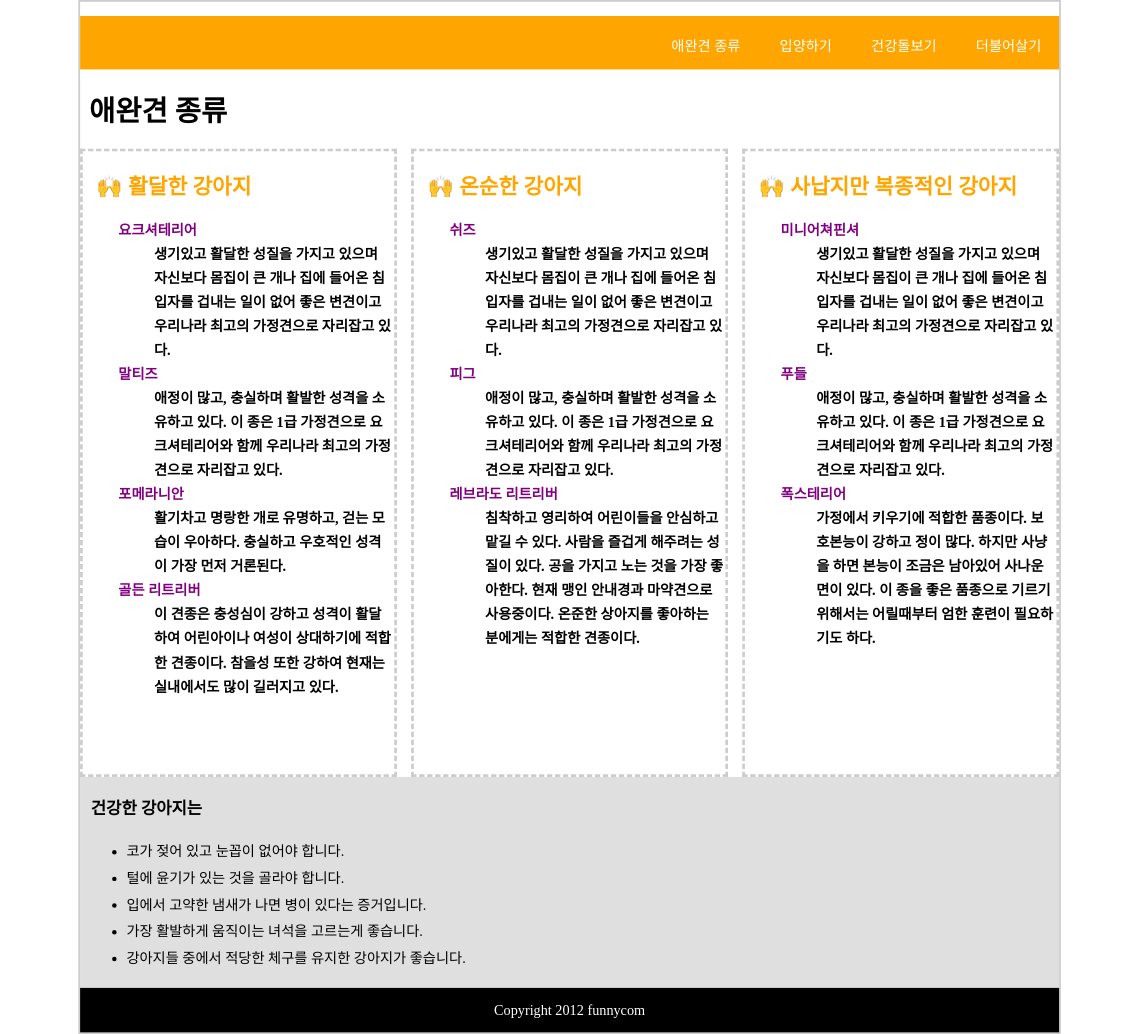
Repository: b1996om/HTML-CSS_study
Page: pro07/public/dog.html
An editor plug-in stored every save of this project. The page is shown before and after the next save, followed by the edit.
The browser window is 1280 px wide. The pictures show the whole page, at 89% of full size.

Above is the page before, as saved 2022-12-08 00:03:34.

### pro07/public/dog.html
<!DOCTYPE html>
<html lang="ko">
<head>
	<meta charset="utf-8">
	<title>HTML 레이아웃</title>
	<style>
		body {
			margin:0;
			padding:0;
			box-sizing:border-box;
		}
		#wrapper {
			width:1100px;
			margin:0 auto;
			border:2px solid #ccc;
		}
		nav {
			width:100%;
			height:60px;
			background-color:orange;
			text-align:end;
			margin:0 auto;
			position:relative;
		}
		nav ul {
			list-style-type:none;
		}
		nav ul li{
			display:inline-block;
			margin:20px;
		}
		nav ul li a {
			text-decoration:none;
			color:white;
		}
		section ul li {
			list-style:none;
			line-height:27px;
		}
		.dogname {
			color:purple;
			font-weight:bold;
		}
		.dogcon {
			color:black;
		}
		.multi {
			column-count:3;
		}
		.multi h2 {
			break-before:column;
			padding-left:15px;
			color:orange;
		}
		section {
			border:3px dashed #ccc;
			height:700px;
		}
		.aside {
			border:2px solid #dfdfdf;
			background-color:#dfdfdf;
			line-height:30px;
			padding-left:10px;
		}
		.footer {
			background-color:black;
			color:white;
			text-align:center;
			height:50px;
			line-height:50px;
		}
		h1 {
			padding-left:10px;
		}
	</style>
</head>
<body>
 <div id="wrapper">
	<header>
		<nav>
			<ul>
				<li><a href="#">애완견 종류</a></li>
				<li><a href="#">입양하기</a></li>
				<li><a href="#">건강돌보기</a></li>
				<li><a href="#">더불어살기</a></li>
			</ul>
		</nav>
	</header>
	<h1>애완견 종류</h1>
	<div class="multi">
	<section>
		<h2>&#128588; 활달한 강아지</h2>
		<ul>
			<li class="dogname">요크셔테리어
				<ol class="dogcon">생기있고 활달한 성질을 가지고 있으며 자신보다 몸집이 큰 개나 집에 들어온 침입자를
				겁내는 일이 없어 좋은 변견이고 우리나라 최고의 가정견으로 자리잡고 있다.</ol>
			</li>
			<li class="dogname">말티즈
				<ol class="dogcon">애정이 많고, 충실하며 활발한 성격을 소유하고 있다. 이 종은 1급 가정견으로
				요크셔테리어와 함께 우리나라 최고의 가정견으로 자리잡고 있다. </ol></li>
			<li class="dogname">포메라니안
				<ol class="dogcon">활기차고 명랑한 개로 유명하고, 걷는 모습이 우아하다. 충실하고 우호적인 성격이 가장
				먼저 거론된다.</ol></li>
			<li class="dogname">골든 리트리버
				<ol class="dogcon">이 견종은 충성심이 강하고 성격이 활달하여 어린아이나 여성이 상대하기에 적합한 견종이다.
				참을성 또한 강하여 현재는 실내에서도 많이 길러지고 있다.</ol></li>
		</ul>
	</section>
	<section>
		<h2>&#128588; 온순한 강아지</h2>
		<ul>
			<li class="dogname">쉬즈
				<ol class="dogcon">생기있고 활달한 성질을 가지고 있으며 자신보다 몸집이 큰 개나 집에 들어온 침입자를
				겁내는 일이 없어 좋은 변견이고 우리나라 최고의 가정견으로 자리잡고 있다.</ol>
			</li>
			<li class="dogname">피그
				<ol class="dogcon">애정이 많고, 충실하며 활발한 성격을 소유하고 있다. 이 종은 1급 가정견으로
				요크셔테리어와 함께 우리나라 최고의 가정견으로 자리잡고 있다. </ol></li>
			<li class="dogname">레브라도 리트리버
				<ol class="dogcon">침착하고 영리하여 어린이들을 안심하고 맡길 수 있다.
				사람을 즐겁게 해주려는 성질이 있다. 공을 가지고 노는 것을 가장 좋아한다. 현재 맹인 안내경과
				마약견으로 사용중이다. 온준한 상아지를 좋아하는 분에게는 적합한 견종이다.</ol></li>
		</ul>
	</section>
	<section>
		<h2>&#128588; 사납지만 복종적인 강아지</h2>
		<ul>
			<li class="dogname">미니어쳐핀셔
				<ol class="dogcon">생기있고 활달한 성질을 가지고 있으며 자신보다 몸집이 큰 개나 집에 들어온 침입자를
				겁내는 일이 없어 좋은 변견이고 우리나라 최고의 가정견으로 자리잡고 있다.</ol>
			</li>
			<li class="dogname">푸들
				<ol class="dogcon">애정이 많고, 충실하며 활발한 성격을 소유하고 있다. 이 종은 1급 가정견으로
				요크셔테리어와 함께 우리나라 최고의 가정견으로 자리잡고 있다. </ol></li>
			<li class="dogname">폭스테리어
				<ol class="dogcon">가정에서 키우기에 적합한 품종이다. 보호본능이 강하고 정이 많다. 하지만 사냥을 하면
				본능이 조금은 남아있어 사나운 면이 있다. 이 종을 좋은 품종으로 기르기 위해서는 어릴때부터
				엄한 훈련이 필요하기도 하다.</ol></li>
		</ul>
	</section>
	</div>
	<aside class="aside">
		<h3>건강한 강아지는</h3>
		<ul>
			<li>코가 젖어 있고 눈꼽이 없어야 합니다.</li>
			<li>털에 윤기가 있는 것을 골라야 합니다.</li>
			<li>입에서 고약한 냄새가 나면 병이 있다는 증거입니다.</li>
			<li>가장 활발하게 움직이는 녀석을 고르는게 좋습니다.</li>
			<li>강아지들 중에서 적당한 체구를 유지한 강아지가 좋습니다.</li>
		</ul>
	</aside>
	<div class="footer">Copyright 2012 funnycom</div>
</div>
</body>
</html>

After the next save:
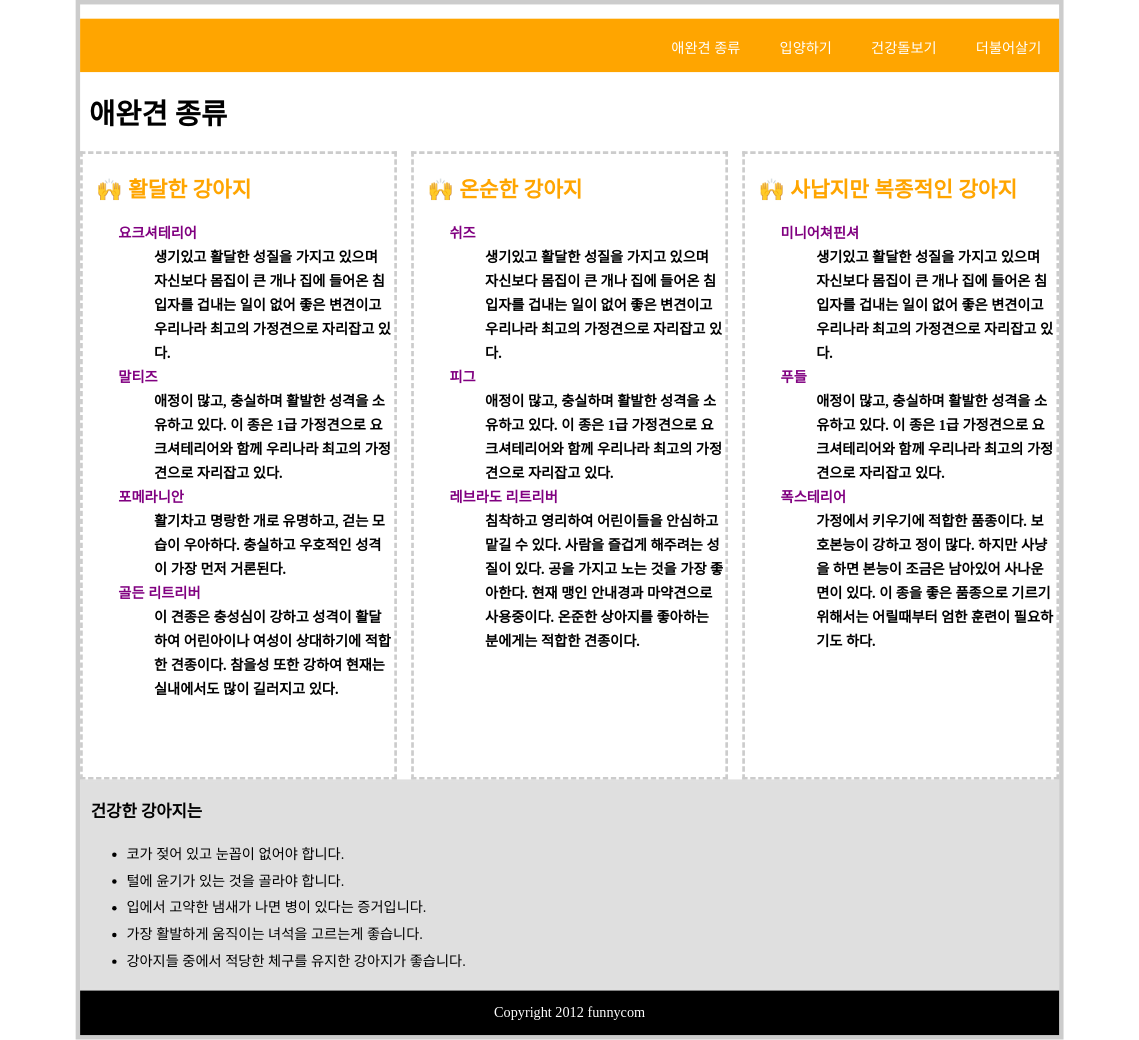
Saved 26 s later.
--- a/pro07/public/dog.html
+++ b/pro07/public/dog.html
@@ -12,7 +12,7 @@
 		#wrapper {
 			width:1100px;
 			margin:0 auto;
-			border:2px solid #ccc;
+			border:5px solid #ccc;
 		}
 		nav {
 			width:100%;

After the save that followed:
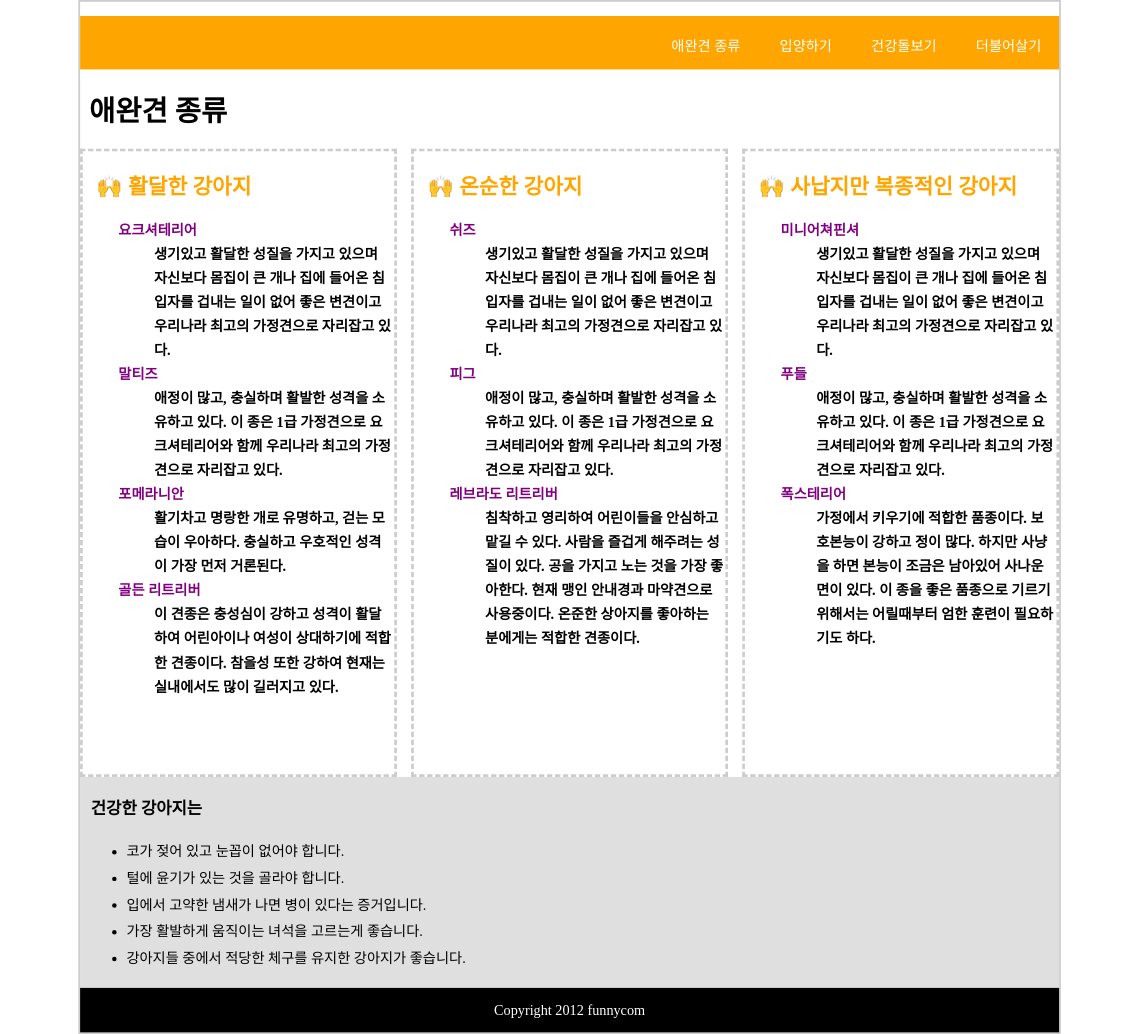
Saved 6 s later.
--- a/pro07/public/dog.html
+++ b/pro07/public/dog.html
@@ -12,7 +12,7 @@
 		#wrapper {
 			width:1100px;
 			margin:0 auto;
-			border:5px solid #ccc;
+			border:2px solid #ccc;
 		}
 		nav {
 			width:100%;
